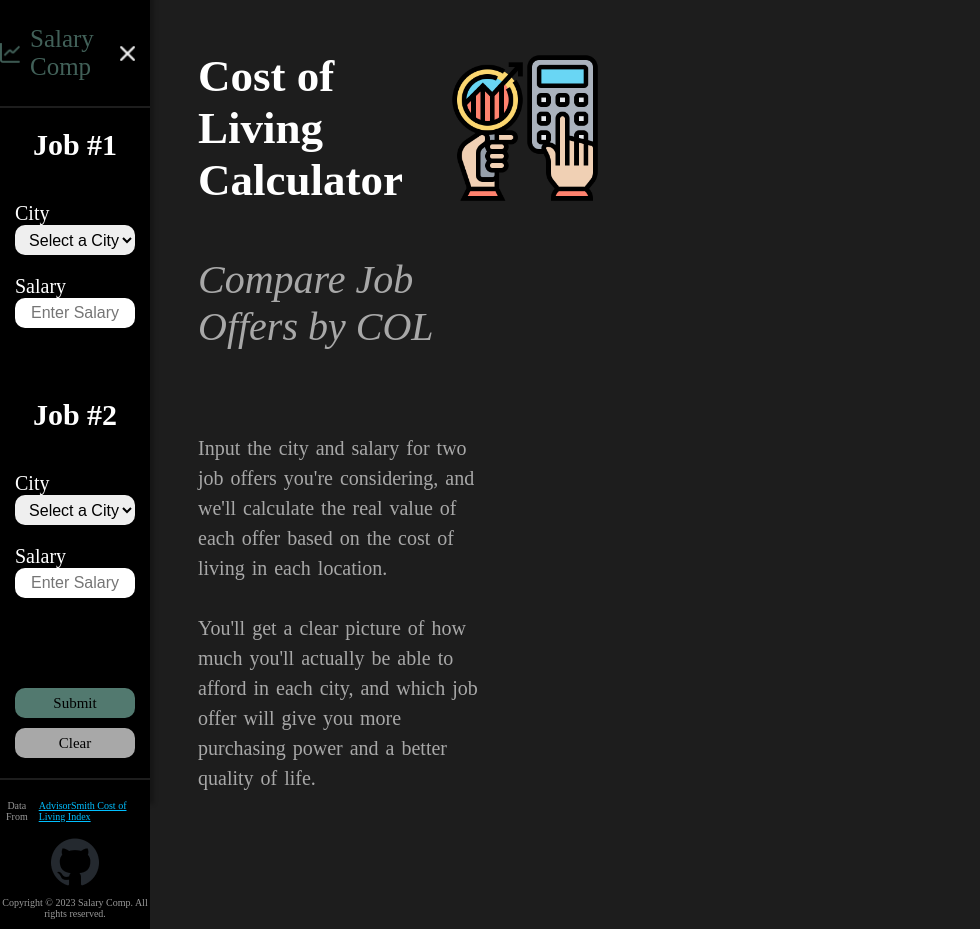
Repository: robbymcd/Salary-Comp
Page: /
An editor plug-in stored every save of this project. The page is shown before and after the next save, followed by the edit.
The browser window is 600 px wide. The page is 600 px wide, then 980 px, then 600 px, so the pictures cover 980 px, including what lies to the right of the window. The pictures show the whole page.
Some web fonts or font styles are not loaded; a fallback is used. The project was rebuilt for these pictures with package versions that can differ from the ones it lists, and the page was loaded fresh each time. Also part of the build but not shown: src/Main.css, src/Main.js.

Above is the page before, as saved 2023-06-16 12:47:21.

After the next save:
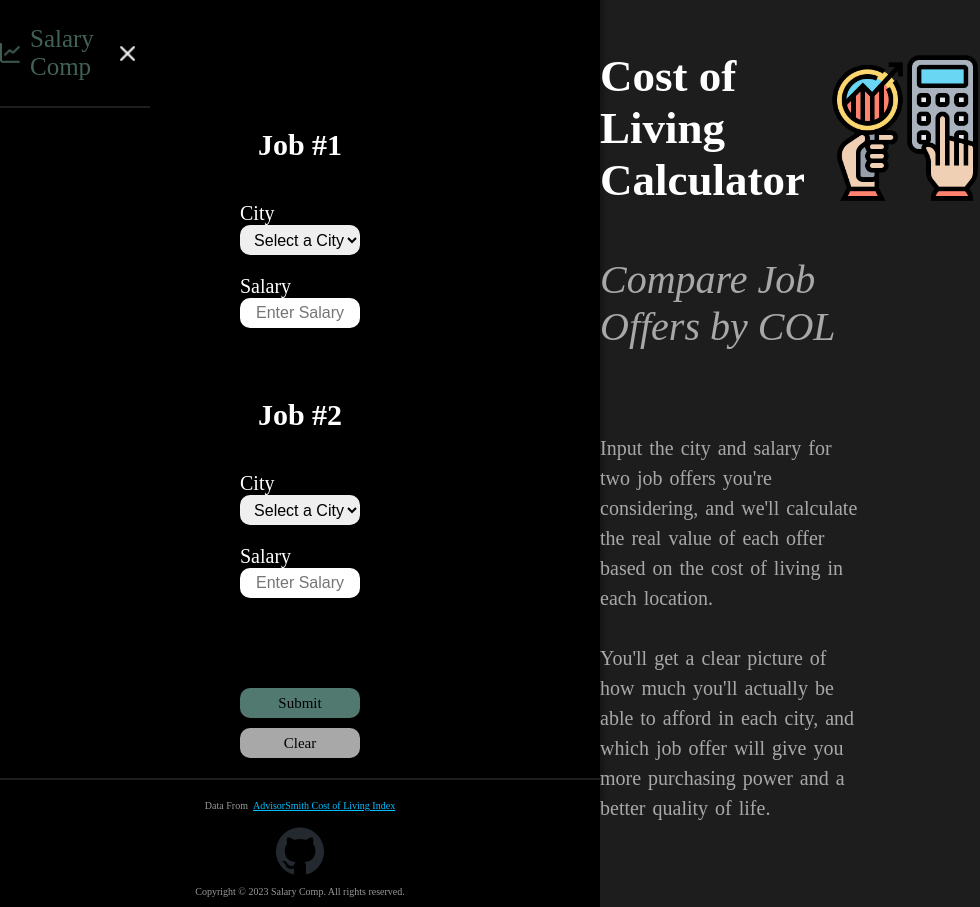
Saved 93 min 4 s later.
--- a/src/OpenSidebar.css
+++ b/src/OpenSidebar.css
@@ -205,6 +205,13 @@
     }
 }
 
+@media screen and (max-width: 700px) {
+    .open-sidebar {
+        width: 100vw;
+        margin-right: 0;
+    }
+}
+
 @media screen and (min-height: 800px) {
     .form h1 {
         margin-top: 0;

After the save that followed:
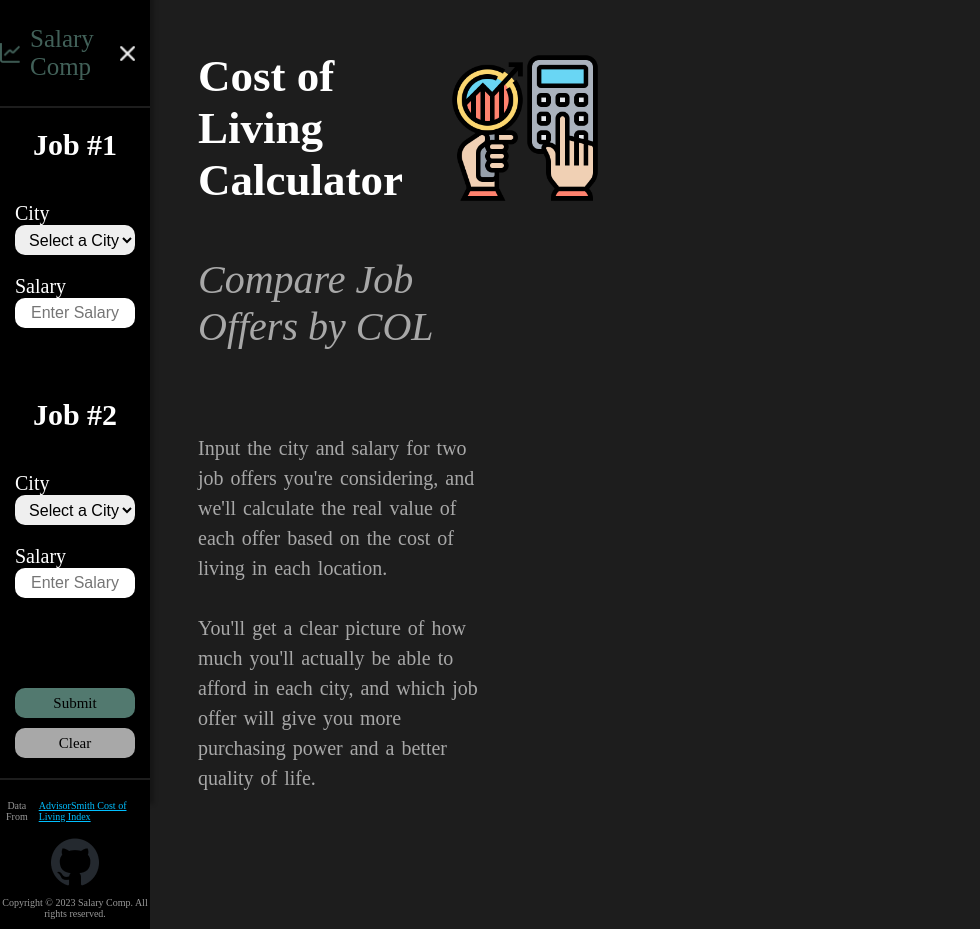
Saved 32 s later.
--- a/src/OpenSidebar.css
+++ b/src/OpenSidebar.css
@@ -205,13 +205,6 @@
     }
 }
 
-@media screen and (max-width: 700px) {
-    .open-sidebar {
-        width: 100vw;
-        margin-right: 0;
-    }
-}
-
 @media screen and (min-height: 800px) {
     .form h1 {
         margin-top: 0;
